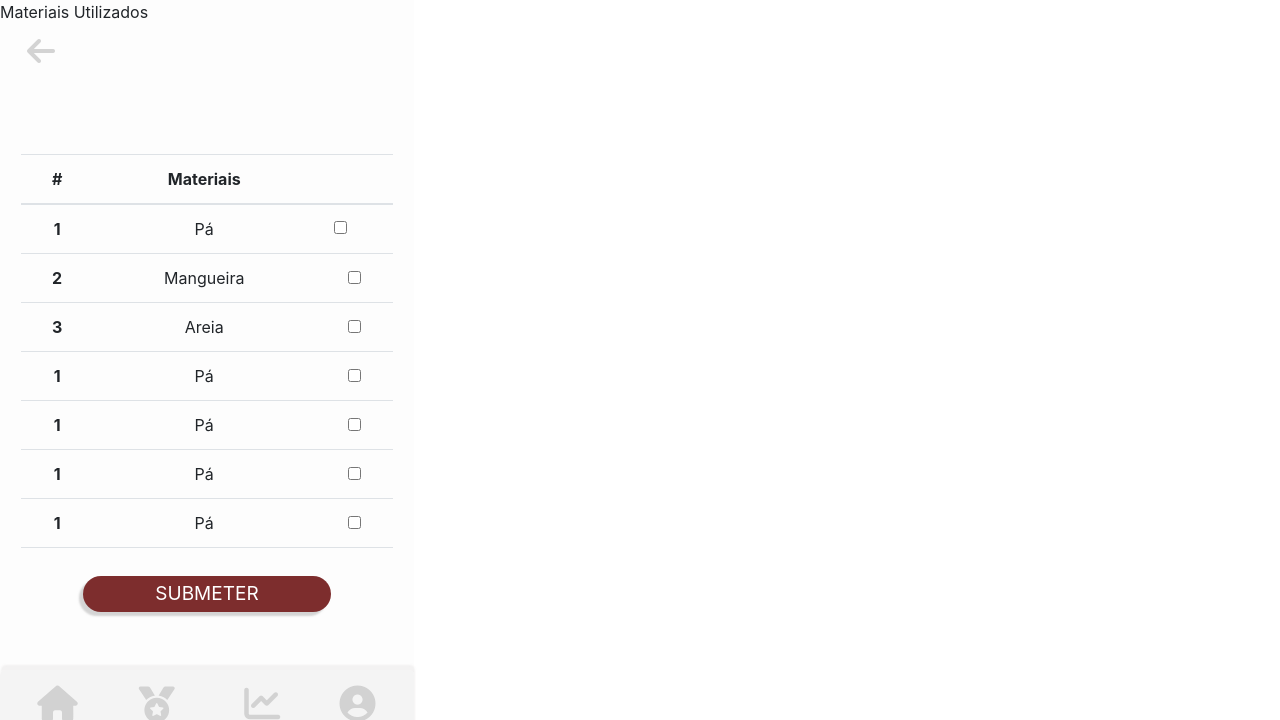
Repository: grupodetrabalhoeficiente/D213
Page: D213/Frontend/UtilizacaoMateriais.html
The author's editor kept a record of every edit. The page is drawn from the files as they stood at one moment, then again after the next edit.
The browser window is 1280 px wide. The pictures show the whole page.
Pictures or frames that could not be fetched are drawn as grey boxes. Some web libraries are served in a nearby version.

Above is the page before.

### D213/Frontend/UtilizacaoMateriais.html
<!DOCTYPE html>
<html>
    <head>
        <meta charset="utf-8">
    <meta name="viewport" content="width=device-width, initial-scale=1, maximum-scale=1, user-scalable=no">
    <link href="https://fonts.googleapis.com/css?family=Inter&display=swap" rel="stylesheet" />
    <link href="https://fonts.googleapis.com/css?family=Roboto&display=swap" rel="stylesheet" />
    <link href="./All.css" rel="stylesheet" />
    <link rel="stylesheet" href="https://cdn.jsdelivr.net/npm/bootstrap@4.5.3/dist/css/bootstrap.min.css" integrity="sha384-TX8t27EcRE3e/ihU7zmQxVncDAy5uIKz4rEkgIXeMed4M0jlfIDPvg6uqKI2xXr2" crossorigin="anonymous">
    <script src="https://kit.fontawesome.com/e195162fd2.js" crossorigin="anonymous"></script>
    <title>Secure4All</title>
    </head>
    <body>
  <div class="screen">
        <!--navbar-->
        <a><i  id="goBack" class="goBack fas fa-arrow-left fa-2x"></i></a>
        <span class="titleMateriaisUtilizados">Materiais Utilizados</span>
    <!--tabela-->
    <div class="TabelaDiv">
      <form id="formConfirmação">   <!--                        Atenção ao form!!!!!   por no fetch inicio e fim            -->
    <table class="table">
  <thead>
    <tr>
      <th scope="col">#</th>
      <th scope="col">Materiais</th>
      <th scope="col"></th>
    </tr>
  </thead>
  <tbody>
    <tr>
      <th scope="row">1</th>
      <td>Pá</td>
      <td>
          <input type="checkbox" class="MaterialCheck form-check-input"/>
      </td>
    </tr>
    <tr>
      <th scope="row">2</th>
      <td>Mangueira</td>
      <td>
        <input type="checkbox" class="MaterialCheck"/>
      </td>
    </tr>
    <tr>
      <th scope="row">3</th>
      <td>Areia</td>
      <td>
         <input type="checkbox" class="MaterialCheck"/>
      </td>
    </tr>
    <tr>
      <th scope="row">1</th>
      <td>Pá</td>
      <td>
          <input type="checkbox" class="MaterialCheck"/>
      </td>
    </tr>
    <tr>
      <th scope="row">1</th>
      <td>Pá</td>
      <td>
          <input type="checkbox" class="MaterialCheck"/>
      </td>
    </tr>
    <tr>
      <th scope="row">1</th>
      <td>Pá</td>
      <td>
          <input type="checkbox" class="MaterialCheck"/>
      </td>
    </tr>
    <tr>
      <th scope="row">1</th>
      <td>Pá</td>
      <td>
          <input type="checkbox" class="MaterialCheck"/>
      </td>
    </tr>
    <tr>
      <th scope="row">1</th>
      <td>Pá</td>
      <td>
          <input type="checkbox" class="MaterialCheck"/>
      </td>
    </tr>
    <tr>
      <th scope="row">1</th>
      <td>Pá</td>
      <td>
          <input type="checkbox" class="MaterialCheck"/>
      </td>
    </tr>
    <tr>
      <th scope="row">1</th>
      <td>Pá</td>
      <td>
          <input type="checkbox" class="MaterialCheck"/>
      </td>
    </tr>
    <tr>
      <th scope="row">1</th>
      <td>Pá</td>
      <td>
          <input type="checkbox" class="MaterialCheck"/>
      </td>
    </tr>
    <tr>
      <th scope="row">1</th>
      <td>Pá</td>
      <td>
          <input type="checkbox" class="MaterialCheck"/>
      </td>
    </tr>
    <tr>
      <th scope="row">1</th>
      <td>Pá</td>
      <td>
          <input type="checkbox" class="MaterialCheck"/>
      </td>
    </tr>
  </tbody>
</table>
</form> <!--                        Atenção ao form!!!!!               -->
</div>
<!--botao confirmar-->
<input id="submit" type ="button" class="SubmeterClass" id="SubmeterId" value="SUBMETER"></input>
<!--MENUBAR-->
<nav class="menubar fixed-bottom">
            <ul class="nav navbar-nav">
                <li><a href="MenuPrincipal.html"><i class="fa fa-home fa-3x"></i></a></li>
                <li><a href="Ranks.html"><i class="fa fa-medal fa-3x"></i></a></li>
                <li><a href="HistoricoOcorrencias.html"><i class="fa fa-chart-line fa-3x"></i></a></li>
                <li><a href="PerfilUpdate.html"><i class="fas fa-user-circle fa-3x"></i></a></li>
            </ul>
        </nav>
    </div>
    </body>
</html>

Loaded but not shown: D213/Frontend/All.css (library)

After the next edit:
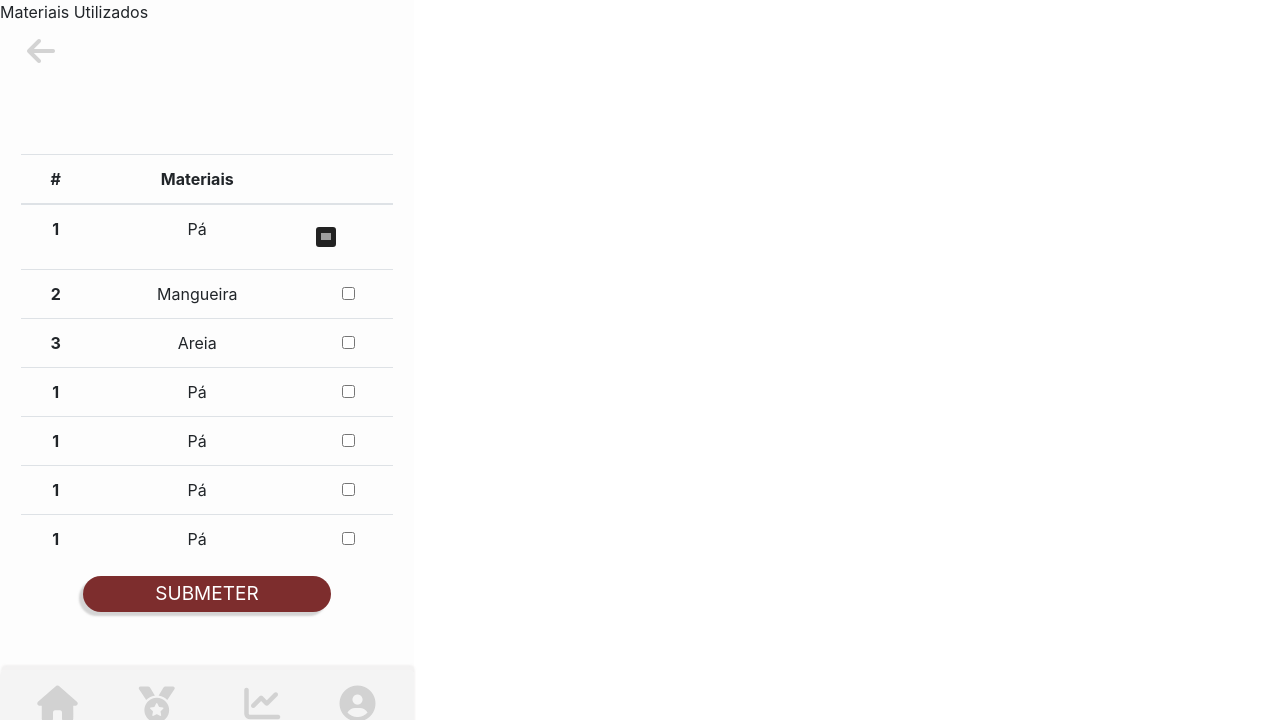
The edit:
--- a/D213/Frontend/UtilizacaoMateriais.html
+++ b/D213/Frontend/UtilizacaoMateriais.html
@@ -30,8 +30,10 @@
     <tr>
       <th scope="row">1</th>
       <td>Pá</td>
-      <td>
-          <input type="checkbox" class="MaterialCheck form-check-input"/>
+      <td><label class="custom-checkbox" tab-index="0" aria-label="Checkbox Label">
+          <input type="checkbox" class="MaterialCheck form-check-input" checked/>
+          <span class="checkmark"></span>
+  </label>
       </td>
     </tr>
     <tr>
